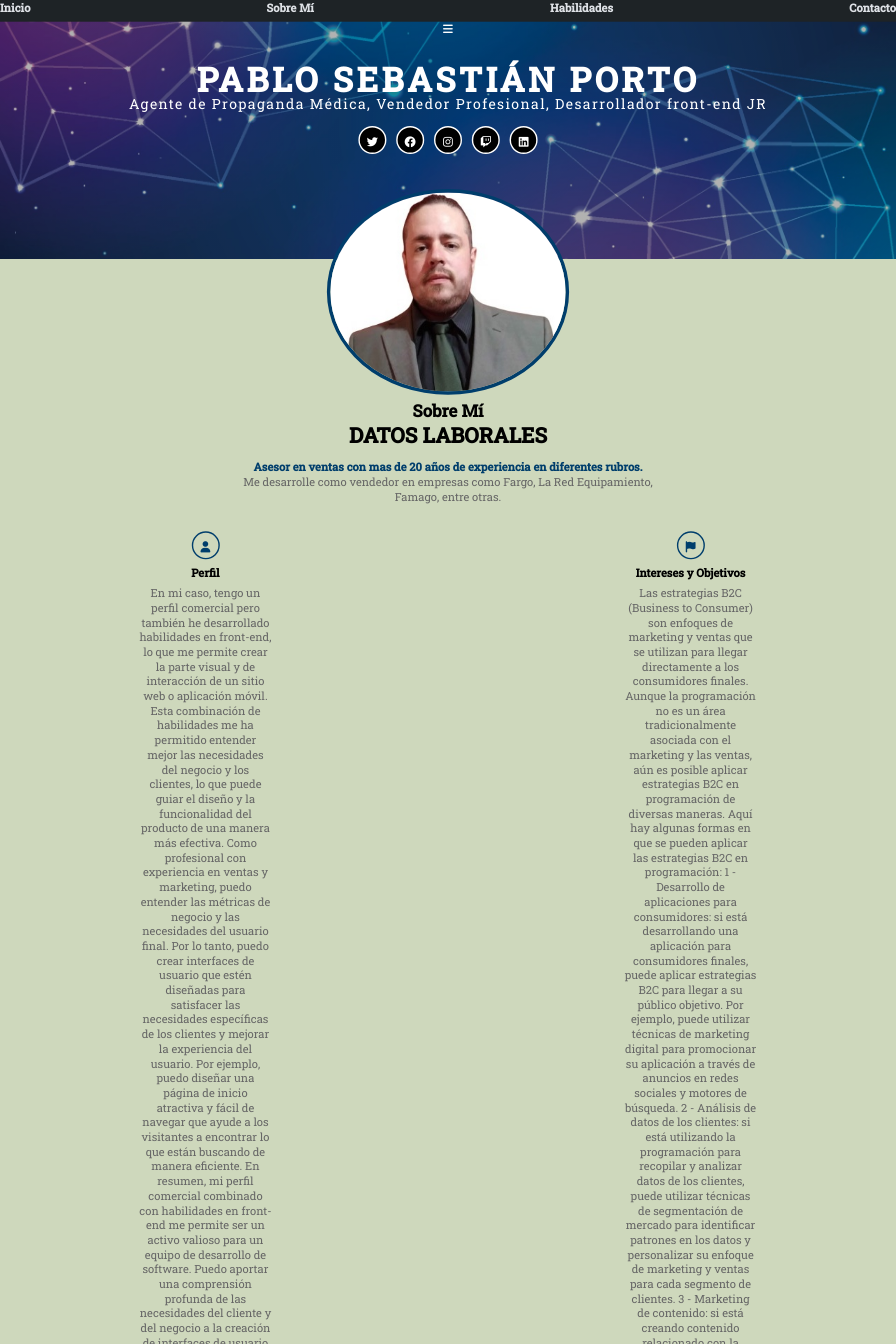
Repository: PabloSebastianPorto/Entrega-CV-1-ARG-PROG
Page: CVFINAL/CVfinal.HTML
An editor plug-in stored every save of this project. The page is shown before and after the next save, followed by the edit.
The browser window is 1280 px wide. The pictures show the part of the page from y = 0 to 1920 px (the page is 2947 px tall), at 70% of full size.
Some web libraries are served in a nearby version.

Above is the page before, as saved 2023-02-27 22:28:47.

### CVFINAL/CVfinal.HTML
<!DOCTYPE html>
<html lang="es">
  <head>
    <meta charset="UTF-8" />
    <meta http-equiv="X-UA-Compatible" content="IE=edge" />
    <meta name="viewport" content="width=device-width, initial-scale=1.0" />
    <title>Document</title>
    <link
      rel="stylesheet"
      href="https://cdnjs.cloudflare.com/ajax/libs/font-awesome/6.3.0/css/all.min.css"
      integrity="sha512-SzlrxWUlpfuzQ+pcUCosxcglQRNAq/DZjVsC0lE40xsADsfeQoEypE+enwcOiGjk/bSuGGKHEyjSoQ1zVisanQ=="
      crossorigin="anonymous"
      referrerpolicy="no-referrer"
    />
    <link rel="stylesheet" href="CVfinal.css" />
    <title>CV Pablo Sebastián Porto</title>
  </head>
  <body>
    <section class="inicio" id="inicio">
      <div class="contenido-seccion">
        <header>
          <div class="nav-clas"></div>
          <i class="fa-solid fa-bars"></i>
          <nav id="nav" class="nav">
            <a href="#Inicio">Inicio</a>
            <a href="#Sobre Mí">Sobre Mí</a>
            <a href="#Habilidades">Habilidades</a>
            <a href="#Contacto">Contacto</a>
          </nav>
        </header>
        <div class="info">
          <h1>PABLO SEBASTIÁN PORTO</h1>
          <h2>
            Agente de Propaganda Médica, Vendedor Profesional, Desarrollador
            front-end JR
          </h2>
          <div class="redes">
            <a href="#"><i class="fa-brands fa-twitter"></i></a>
            <a href="#"><i class="fa-brands fa-facebook"></i></a>
            <a href="#"><i class="fa-brands fa-instagram"></i></a>
            <a href="#"><i class="fa-brands fa-twitch"></i></a>
            <a href="#"><i class="fa-brands fa-linkedin"></i></a>
          </div>
        </div>
        <div class="foto">
          <img
            src="IMG/CVfoto.jpg"
            alt="Aca va una imagen, pero se la robaron"
          />
        </div>
      </div>
    </section>
    <section class="sobremi" id="sobremi">
      <div class="contenido-seccion">
        <h2 class="titulo-seccion">Sobre Mí</h2>
        <h3>Datos Laborales</h3>
        <p class="especial">
          Asesor en ventas con mas de 20 años de experiencia en diferentes
          rubros.
        </p>
        <p>
          Me desarrolle como vendedor en empresas como Fargo, La Red
          Equipamiento, Famago, entre otras.
        </p>
        <div class="fila">
          <div class="col">
            <i class="fa-solid fa-user"></i>
            <span class="titulo-detalle">Perfil</span>
            <p>
              En mi caso, tengo un perfil comercial pero también he desarrollado
              habilidades en front-end, lo que me permite crear la parte visual
              y de interacción de un sitio web o aplicación móvil. Esta
              combinación de habilidades me ha permitido entender mejor las
              necesidades del negocio y los clientes, lo que puede guiar el
              diseño y la funcionalidad del producto de una manera más efectiva.
              Como profesional con experiencia en ventas y marketing, puedo
              entender las métricas de negocio y las necesidades del usuario
              final. Por lo tanto, puedo crear interfaces de usuario que estén
              diseñadas para satisfacer las necesidades específicas de los
              clientes y mejorar la experiencia del usuario. Por ejemplo, puedo
              diseñar una página de inicio atractiva y fácil de navegar que
              ayude a los visitantes a encontrar lo que están buscando de manera
              eficiente. En resumen, mi perfil comercial combinado con
              habilidades en front-end me permite ser un activo valioso para un
              equipo de desarrollo de software. Puedo aportar una comprensión
              profunda de las necesidades del cliente y del negocio a la
              creación de interfaces de usuario atractivas y efectivas que
              satisfagan los objetivos comerciales y las necesidades de los
              usuarios finales.
            </p>
          </div>
          <div class="col">
            <i class="fa-solid fa-flag"></i>
            <span class="titulo-detalle">Intereses y Objetivos</span>
            <p>
              Las estrategias B2C (Business to Consumer) son enfoques de
              marketing y ventas que se utilizan para llegar directamente a los
              consumidores finales. Aunque la programación no es un área
              tradicionalmente asociada con el marketing y las ventas, aún es
              posible aplicar estrategias B2C en programación de diversas
              maneras. Aquí hay algunas formas en que se pueden aplicar las
              estrategias B2C en programación: 1 - Desarrollo de aplicaciones
              para consumidores: si está desarrollando una aplicación para
              consumidores finales, puede aplicar estrategias B2C para llegar a
              su público objetivo. Por ejemplo, puede utilizar técnicas de
              marketing digital para promocionar su aplicación a través de
              anuncios en redes sociales y motores de búsqueda. 2 - Análisis de
              datos de los clientes: si está utilizando la programación para
              recopilar y analizar datos de los clientes, puede utilizar
              técnicas de segmentación de mercado para identificar patrones en
              los datos y personalizar su enfoque de marketing y ventas para
              cada segmento de clientes. 3 - Marketing de contenido: si está
              creando contenido relacionado con la programación, puede aplicar
              estrategias B2C para llegar a su audiencia objetivo. Por ejemplo,
              puede utilizar técnicas de SEO para optimizar su contenido para
              los motores de búsqueda y atraer a más consumidores finales. 4 -
              Comunicación directa con los clientes: si está desarrollando
              software o aplicaciones para empresas que luego serán utilizadas
              por consumidores finales, puede aplicar estrategias B2C para
              mejorar la comunicación directa con los clientes. Por ejemplo,
              puede utilizar herramientas de chat en vivo para permitir que los
              clientes se comuniquen directamente con su equipo de soporte
              técnico. En resumen, aunque la programación no está directamente
              relacionada con el marketing y las ventas, aún es posible aplicar
              estrategias B2C en programación para llegar a los consumidores
              finales de diversas maneras.
            </p>
          </div>
        </div>
      </div>
    </section>
  </body>
</html>

### CVFINAL/CVfinal.css
@import url("https://fonts.googleapis.com/css2?family=Roboto+Slab:wght@100;200;300;400;500&display=swap");
* {
  box-sizing: border-box;
  font-family: "Roboto Slab", serif;
  margin: 0;
  padding: 0;
}
html {
  box-sizing: border-box;
  font-family: "Roboto Slab", serif;
  margin: 0;
  padding: 0;
}
html {
  scroll-behavior: smooth;
}
.inicio {
  background: linear-gradient(rgba(0, 0, 0, 0.3), rgba(0, 0, 0, 0.3)),
    url(IMG/imagen-fondo.jpg);
  background-size: cover;
  background-position: center center;
  color: #ffffff;
}
.inicio .contenido-seccion {
  max-width: 1000px;
  margin: auto;
  text-align: center;
  padding: 0 10px;
}
.inicio .contenido-seccion header {
  padding: 30px;
}
.inicio .contenido-seccion header nav {
  background: #1e2326;
  position: fixed;
  width: 100%;
  top: 0;
  left: 0;
  z-index: 99;
  display: flex;
  justify-content: space-between;
}
.inicio .contenido-seccion header nav .contenido {
  display: flex;
  justify-content: flex-end;
  align-items: center;
}
.inicio .contenido-seccion header nav a {
  display: block;
  color: #dee1e6;
  text-decoration: none;
  margin-bottom: 10px;
  font-weight: bold;
}
.inicio .contenido-seccion header .nav-bar {
  position: fixed;
  background-color: #a3f040;
  font-size: 20px;
  width: 50px;
  height: 50px;
  border-radius: 50%;
  line-height: 50px;
  cursor: pointer;
  transition: 0.3s;
}
.inicio .contenido-seccion header .nav-bar:hover {
  box-shadow: 0 0 35px #fff;
}
.inicio .contenido-seccion .info {
  padding-bottom: 130px;
}
.inicio .contenido-seccion .info h1 {
  font-size: 3rem;
  letter-spacing: 5px;
}
.inicio .contenido-seccion .info h2 {
  font-weight: normal;
  font-size: 20px;
  margin-top: -10px;
  letter-spacing: 2px;
}
.inicio .contenido-seccion .info .redes {
  margin: 20px 0;
}
.inicio .contenido-seccion .info .redes a {
  display: inline-block;
  text-decoration: none;
  background-color: #000;
  color: #ffffff;
  border: 2px solid #ffffff;
  border-radius: 50%;
  width: 40px;
  height: 40px;
  line-height: 40px;
  margin: 0 5px;
  transition: 0.3s;
}
.inicio .contenido-seccion .info .redes a:hover {
  color: #fff;
  background-color: #003e6c;
  box-shadow: 0 0 20px #fff;
}
.inicio .contenido-seccion .foto {
  position: relative;
}
.inicio .contenido-seccion .foto img {
  max-width: 350px;
  max-height: 350px;
  border-radius: 50%;
  border: 5px solid #003e6c;
  position: absolute;
  left: 50%;
  top: -100px;
  transform: translateX(-50%);
}
.sobremi {
  background-color: #ced8bc;
  padding: 200px 0 200px 0;
  text-align: center;
}
.sobremi .contenido-seccion {
  max-width: 3000px;
  margin: auto;
  padding: 0 10px;
}
.sobremi .contenido-seccion h3 {
  text-transform: uppercase;
  font-size: 30px;
}
.sobremi .contenido-seccion .especial {
  color: #003e6c;
  font-weight: bold;
  margin-top: 15px;
}
.sobremi .contenido-seccion p {
  max-width: 1000px;
  margin: auto;
  color: #666;
  padding-left: 5cm;
  padding-right: 5cm;
}
.sobremi .contenido-seccion .fila {
  display: flex;
  margin-top: 40px;
  justify-content: space-between;
}
.sobremi .contenido-seccion .fila .col {
  width: 45%;
}
.sobremi .contenido-seccion .fila .col i {
  color: #003e6c;
  display: inline-block;
  width: 40px;
  height: 40px;
  border: 2px solid #003e6c;
  line-height: 40px;
  border-radius: 50%;
}
.sobremi .contenido-seccion .fila .col span {
  display: block;
  font-weight: bold;
  margin: 8px 0;
}

After the next save:
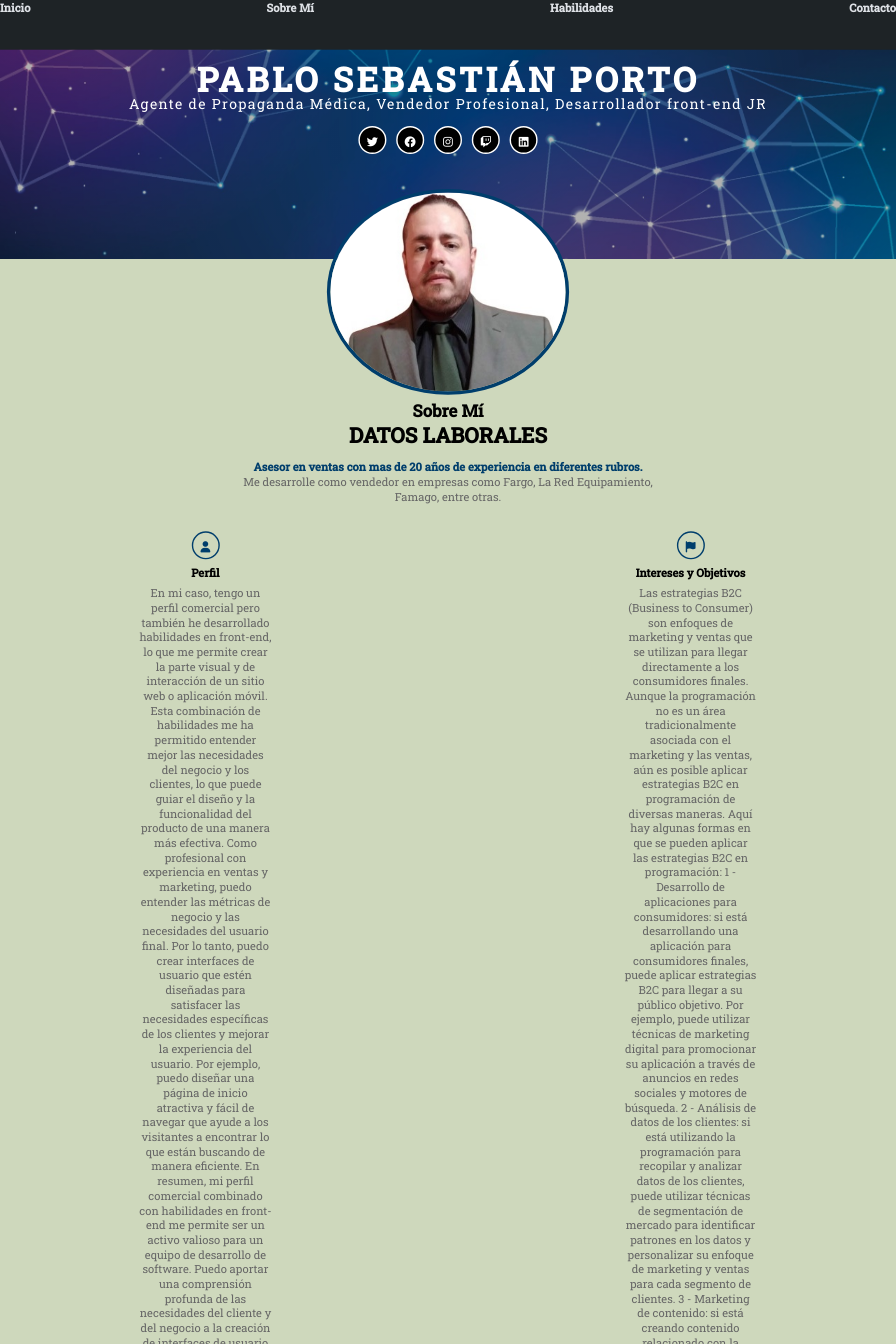
Saved 52 s later.
--- a/CVFINAL/CVfinal.css
+++ b/CVFINAL/CVfinal.css
@@ -40,16 +40,11 @@ html {
   display: flex;
   justify-content: space-between;
 }
-.inicio .contenido-seccion header nav .contenido {
-  display: flex;
-  justify-content: flex-end;
-  align-items: center;
-}
 .inicio .contenido-seccion header nav a {
   display: block;
   color: #dee1e6;
   text-decoration: none;
-  margin-bottom: 10px;
+  margin-bottom: 50px;
   font-weight: bold;
 }
 .inicio .contenido-seccion header .nav-bar {
